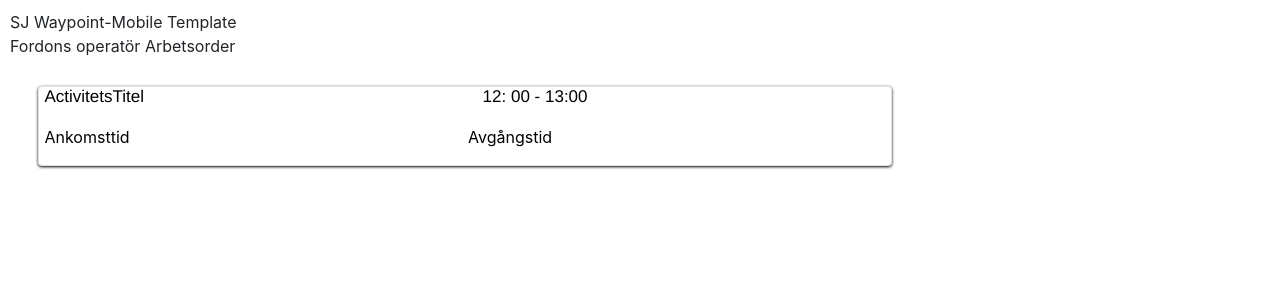
Repository: AdrianaLarsson/yarn-next-typescript
Page: /
These files come from the project's save history. The page is drawn as it stood at one moment and after a run of saves; the edit follows.
The browser window is 1280 px wide. The pictures show the whole page.
The project was rebuilt for these pictures with package versions that can differ from the ones it lists, and the page was loaded fresh each time. The framework's server and built-in components were replaced by stand-ins that run in the browser.

Above is the page before, as saved 2021-03-01 08:02:11.

### pages/_app.tsx
// Functionality
import type { AppProps } from 'next/app';
import Head from 'next/head';

// Styling
import 'bootstrap/dist/css/bootstrap.min.css';
import GlobalStyle from '../styles/Globals';
import { sjTheme } from '../styles/Theme';
import { ThemeProvider } from 'styled-components';

// Utils
import GlobalContext from '../components/particles/GlobalContext';

function MyApp({ Component, pageProps }: AppProps): JSX.Element {
  return (
    <>
      <Head>
        <title>SJ Template uhdiuasuasuash</title>
        <meta
          name="viewport"
          content="initial-scale=1.0, width=device-width"
          key="viewport"
        />
        <link rel="favicon" href="/favicon.ico" />
      </Head>
      <GlobalStyle />
      <ThemeProvider theme={sjTheme}>
        <GlobalContext.Provider value={'Context test value'}>
          <Component {...pageProps} />
        </GlobalContext.Provider>
      </ThemeProvider>
    </>
  );
}

export default MyApp;

### pages/index.tsx
// Functionality
import { GetServerSideProps, GetServerSidePropsContext } from 'next';
import VehicleOpreator from '../components/WorkOrderVehicleOperator/vehicleopreator';
import GlobalStyle from '../styles/Globals'
interface serverSideProps {
  dummyPropsValue: string;
}

const Index = (props: serverSideProps): JSX.Element => {
  return (
    <div>
      <main>
        <div>SJ Waypoint-Mobile Template</div>
        <VehicleOpreator/>
        <div>
        </div>
      </main>
    </div>
  );
};

export const getServerSideProps: GetServerSideProps = async (
  context: GetServerSidePropsContext
) => {
  return {
    props: {
      dummyPropsValue: context.resolvedUrl
    }
  };
};

export default Index;

### styles/Globals.ts
import { createGlobalStyle } from 'styled-components';

export default createGlobalStyle`
    body,
    container {
      padding: 10px;
      display: center;
      flex-direction: column;
      align-items: center;
    },
    html {
        padding: 0;
        margin: 0;
        font-family: "-apple-system", "BlinkMacSystemFont", "Segoe UI", "Roboto",
            "Oxygen", "Ubuntu", "Cantarell", "Fira Sans", "Droid Sans", "Helvetica Neue",
            "sans-serif";
        height: 1px;
        margin: auto;
    }
    a {
        color: inherit;
        text-decoration: none;
    }
    * {
        -webkit-box-sizing: border-box;
        box-sizing: border-box;
    }
`;

### styles/Theme.ts
import { DefaultTheme } from 'styled-components';

const sjTheme: DefaultTheme = {
  colors: {
    main: 'black',
    secondary: 'gray'
  }
};

export { sjTheme };

### components/particles/GlobalContext.tsx
import { createContext } from 'react';

const GlobalContext = createContext(null);

export default GlobalContext;

### components/WorkOrderVehicleOperator/vehicleopreator.tsx
import React from "react";
import styled from "styled-components";
import { B4,H2 } from "../../styles/Typography/texStyles";
import StyledCard from "../organisms/Card/Card";

export const GridTitle = styled.div`
  display: grid;
  grid-template-columns: repeat(2, 1fr);

  grid-gap: 30px;
`;
export const GridBody = styled.div`
  display: grid;
  grid-template-columns: repeat(2, 1fr);
  grid-template-rows: 5px 5px;
  grid-gap: 1px;
`;

function vehicleOpreator() {
  return (
    <div>
      Fordons operatör Arbetsorder
      <StyledCard>
        <GridTitle>
          <B4>ActivitetsTitel</B4>
          <B4 style={{ fontSize: "17px" }}>12: 00 - 13:00</B4>
        </GridTitle>
        <GridBody>
        <H2>Ankomsttid</H2>
        <H2>Avgångstid</H2>
        </GridBody>
      </StyledCard>


    </div>
  );
}

export default vehicleOpreator;

### styles/Typography/texStyles.tsx
import styled,{ css} from 'styled-components'

const baseStyle = css`
  font-family: sj_sans, Helvetica, Arial, sans-serif;
  font-style: normal;
  font-stretch: normal;
  line-height: normal;
  letter-spacing: normal;
  font-weight: normal;
  text-align: left;
  opacity: ${props => (1)};
`;

 export const B4 = styled.h4`
  ${baseStyle}
  color: black;
  font-size: 17px;
`;
export const H2 = styled.span`
  color: black;
  margin-top: 10px;
  font-size: 16px;
`;

### components/organisms/Card/Card.tsx
//Components
import Card from 'react-bootstrap/Card';
//Packages
import styled from 'styled-components/'
import px2vw from '../../../styles/px2vw';

const StyledCard = styled(Card)`
display: flex;
width: ${px2vw(280, 315)};
height: 5em;
margin: ${px2vw(32)};
padding-left: 5px;
background-color: rgba(0,0,0,0.0);
box-shadow: 0 1px 3px 0 rgba(0,0,0, 1.5);
border-radius: 4px;
@media (min-width: 1024px) {
    width: ${px2vw(100, 150)};
  }
`;
export default StyledCard;

Loaded but not shown: styles/px2vw.tsx (common file)

After the next 2 saves:
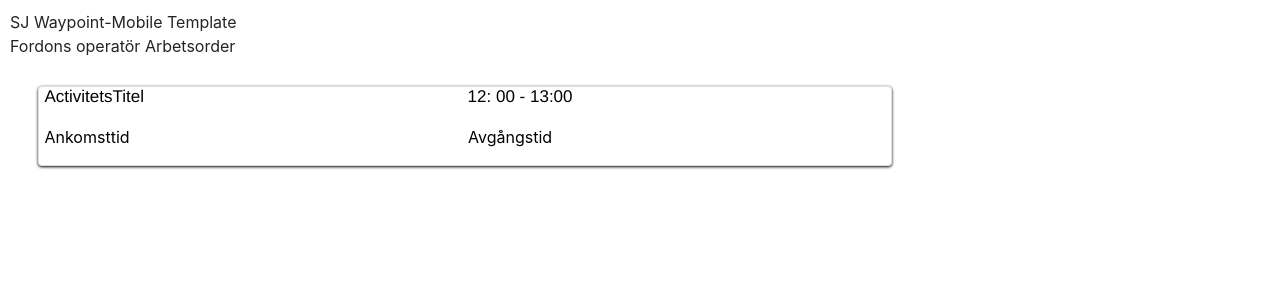
The 2 saves are shown as one change because they came seconds apart.
The last was saved 13 s later.
--- a/components/WorkOrderVehicleOperator/vehicleopreator.tsx
+++ b/components/WorkOrderVehicleOperator/vehicleopreator.tsx
@@ -7,7 +7,7 @@ export const GridTitle = styled.div`
   display: grid;
   grid-template-columns: repeat(2, 1fr);
 
-  grid-gap: 30px;
+  grid-gap: px;
 `;
 export const GridBody = styled.div`
   display: grid;
